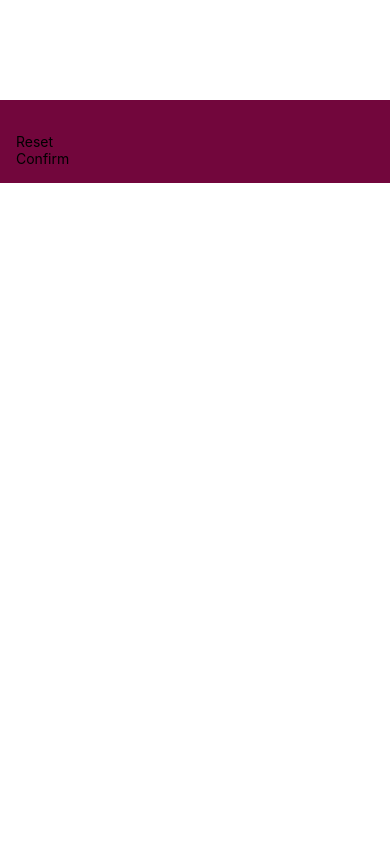
Repository: SyLe-Van/Number-Guessing-Game
Screen: /
The author's editor kept a copy of each file at every save. The screen is drawn from the files as they stood at one save, then again after a run of saves.
The app was drawn by React Native's web renderer in a window 390 px wide. The project was rebuilt for these pictures with package versions that can differ from the ones it lists, and the page was loaded fresh each time.

Above is the screen before, as saved 2024-02-01 22:56:31.

After the next 2 saves:
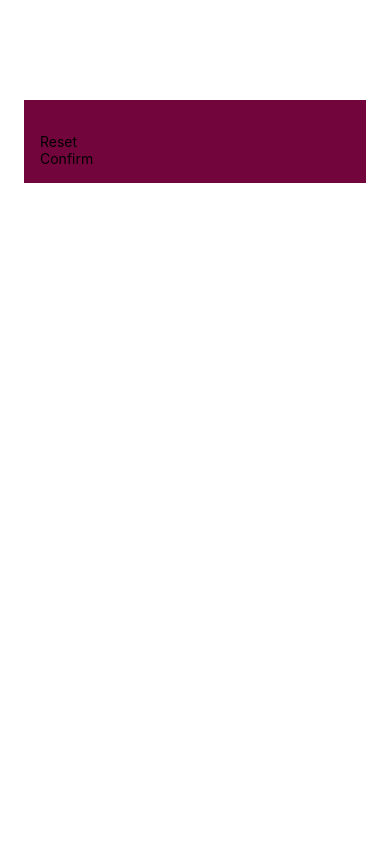
The 2 saves are shown as one change because they came seconds apart.
The last was saved 61 s later.
--- a/screens/StartGameScreen.js
+++ b/screens/StartGameScreen.js
@@ -13,6 +13,7 @@ const styles = StyleSheet.create({
   inputContainer: {
     padding: 16,
     marginTop: 100,
+    marginHorizontal: 24,
     backgroundColor: "#72063c",
   },
 });
